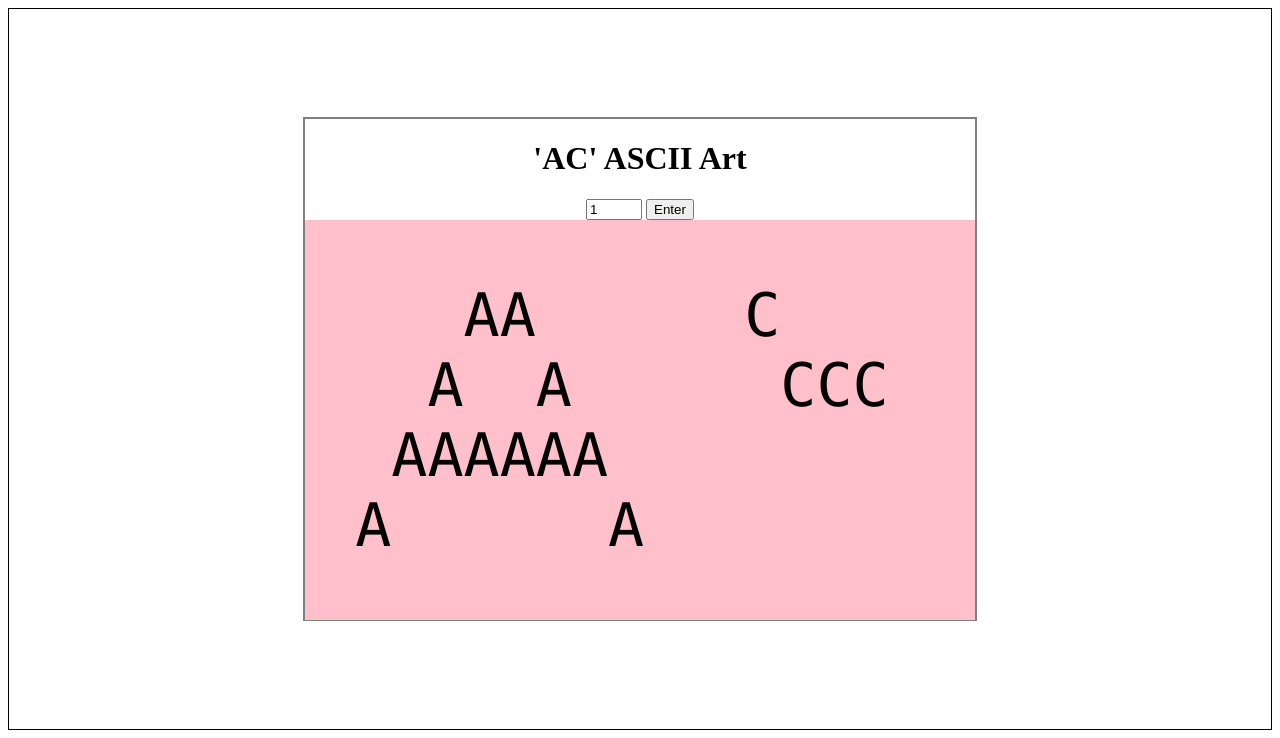
Repository: Achorn/ascii-art
Page: index.html
These files come from the project's save history. The page is drawn as it stood at one moment and after the next save; the edit follows.
The browser window is 1280 px wide. The pictures show the whole page.

Above is the page before, as saved 2021-08-09 20:21:57.

### index.html
<!DOCTYPE html>
<html lang="en">
  <head>
    <link rel="stylesheet" href="styles.css" />
    <meta charset="UTF-8" />
    <meta http-equiv="X-UA-Compatible" content="IE=edge" />
    <meta name="viewport" content="width=device-width, initial-scale=1.0" />
    <title>Document</title>
  </head>
  <body>
    <form>
      <h1>'AC' ASCII Art</h1>
      <input type="number" min="1" value="1" max="10" />
      <button>Enter</button>
      <div id="ascii-container">
        <div id="a-container">
          <p id="mono-a" style="font-family: 'Lucida Console', monospace"></p>
        </div>
        <div id="c-container">
          <p id="mono-c" style="font-family: 'Lucida Console', monospace"></p>
        </div>
      </div>
    </form>
    <script type="text/javascript" src="myscripts.js"></script>
  </body>
</html>

### styles.css
body {
  border: 1px solid black;
  display: flex;
  flex-direction: column;
  justify-content: center;
  align-items: center;
  height: 100vh;
}

form {
  border: 2px solid grey;
  height: 500px;
  /* width: 400px; */
  text-align: center;
}

#ascii-container {
  display: flex;
}

#a-container {
  background-color: pink;
}
#c-container {
  background-color: pink;
}
#mono-a {
  /* font-size: 25.5vw; */
  padding: 0px 50px 0px 50px;
  white-space: pre;
}
#mono-c {
  padding: 0px 50px 0px 50px;
  white-space: pre;
}

### myscripts.js
let oneA = ["A"];
let oneC = ["C"];
let twoA = [
  [" ", "A", " "],
  ["A", " ", "A"],
];
let twoC = [["C"], ["C"]];

let threeA = [
  [" ", " ", "A", " ", " "],
  [" ", "A", "A", "A", " "],
  ["A", " ", " ", " ", "A"],
];
let threeC = [
  [" ", "C", "C", "C"],
  ["C", " ", " ", " "],
  [" ", "C", "C", "C"],
];

let fourA = [
  [" ", " ", " ", "A"],
  [" ", " ", "A", " "],
  [" ", "A", "A", "A"],
  ["A", " ", " ", " "],
];
let fourC = [
  ["C", " ", " ", " ", " "],
  [" ", "C", "C", "C", " "],
];

let eight = [
  [" ", " ", " ", " ", " ", " ", " ", "A"],
  [" ", " ", " ", " ", " ", " ", "A", "A"],
  [" ", " ", " ", " ", " ", "A", "A", " "],
  [" ", " ", " ", " ", "A", "A", "A", "A"],
  [" ", " ", " ", "A", "A", "A", "A", "A"],
  [" ", " ", "A", "A", " ", " ", " ", " "],
  [" ", "A", "A", " ", " ", " ", " ", " "],
  ["A", "A", " ", " ", " ", " ", " ", " "],
];

function scaleSpread(array, factor) {
  const scaled = [];

  for (const row of array) {
    let x = [];

    for (const item of row) x.push(...Array(factor).fill(item));

    scaled.push(...Array(factor).fill(x));
  }

  return scaled;
}

function arrToString(arr) {
  let string = "";
  for (let i = 0; i < arr.length; i++) {
    string += arr[i].join("") + "<br>";
  }
  return string;
}

function halfArrToString(arr) {
  let string = "";
  for (let i = 0; i < arr.length; i++) {
    string += arr[i].join("");
    let rev = arr[i].slice();
    string += rev.reverse().join("");
    string += "<br>";
  }
  return string;
}
function trimA(arr, lWidth) {
  for (i = 0; i < arr.length; i++) {
    let disp = lWidth - (i % lWidth) - 1;
    let newArr = arr[i].slice();
    for (let j = 0; j < disp; j++) {
      newArr.pop();
      newArr.unshift(" ");
    }
    arr[i] = newArr;
  }
}
//GET ELEMENTS
let monoA = document.getElementById("mono-a");
let monoC = document.getElementById("mono-c");

//SCALE AND RESIZE
let scale = 1;
let scaledFour = scaleSpread(fourA, scale);
trimA(scaledFour, scale);
let scaledEight = scaleSpread(eight, 5);

//ADD TO HTML
// mono.innerHTML = halfArrToString(scaleSpread(four, 7));
monoA.style.fontSize = `${60 / scale}px`;
monoC.style.fontSize = `${60 / scale}px`;

// monoC.style.fontSize = `${4 / scale}em`;
monoA.innerHTML = halfArrToString(scaledFour);
monoC.innerHTML = arrToString(fourC);
// mono.innerHTML += arrToString(scaleSpread(eight, 1));

After the next save:
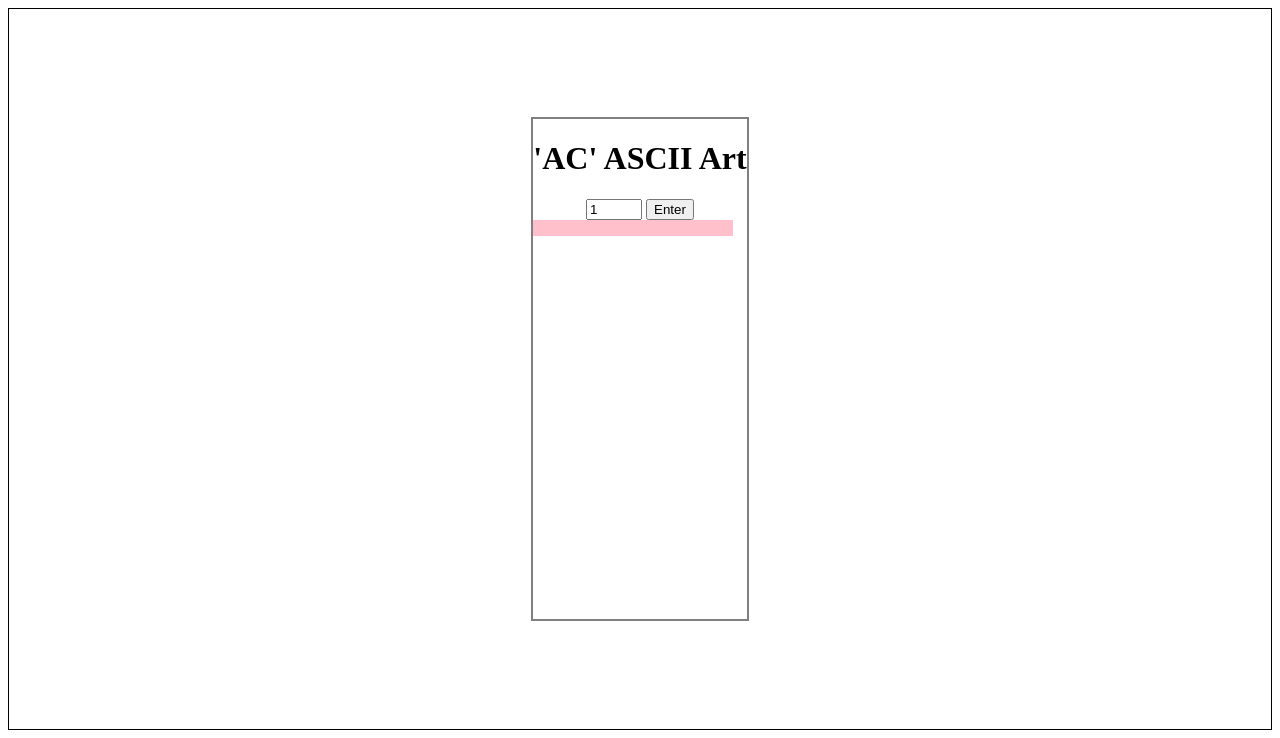
Console error: ReferenceError: scaledSpread is not defined
Saved 60 s later.
--- a/myscripts.js
+++ b/myscripts.js
@@ -87,10 +87,14 @@ let monoA = document.getElementById("mono-a");
 let monoC = document.getElementById("mono-c");
 
 //SCALE AND RESIZE
+//A
 let scale = 1;
 let scaledFour = scaleSpread(fourA, scale);
 trimA(scaledFour, scale);
 let scaledEight = scaleSpread(eight, 5);
+
+//C
+let scaledC = scaledSpread(fourC, scale);
 
 //ADD TO HTML
 // mono.innerHTML = halfArrToString(scaleSpread(four, 7));

After the save that followed:
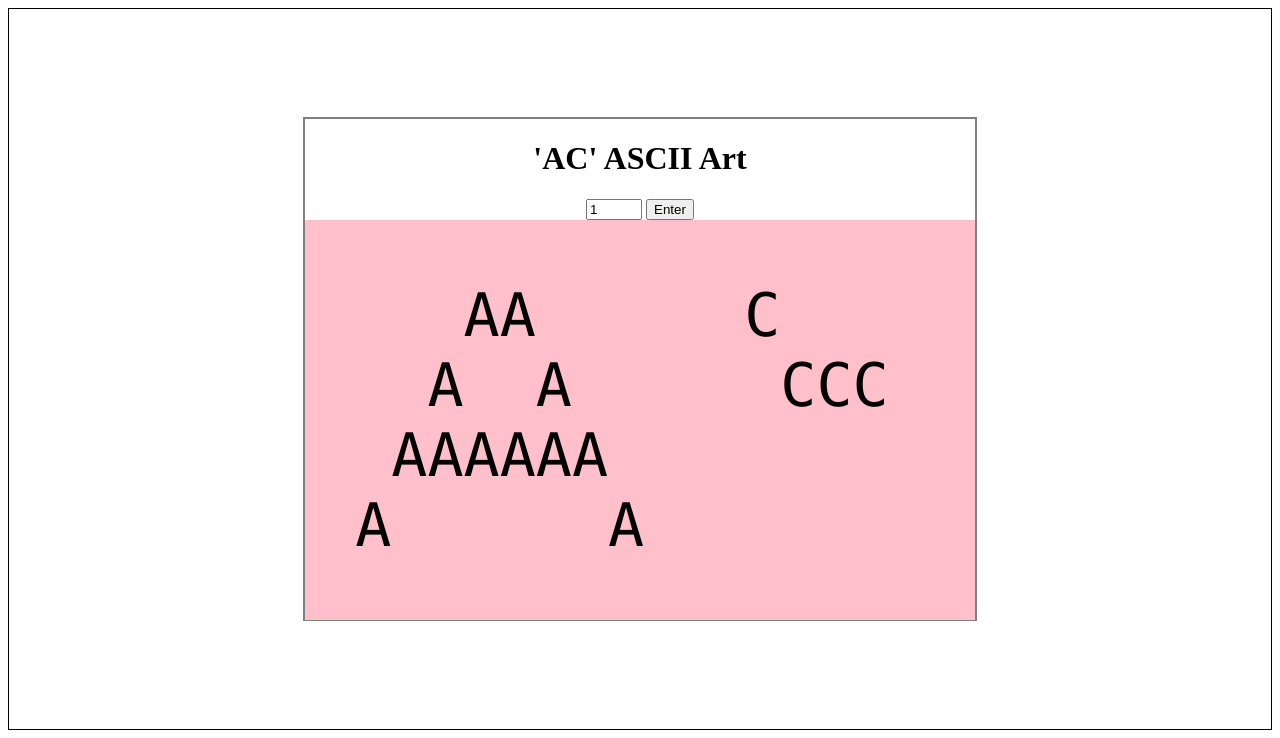
The error is gone.
Saved 17 s later.
--- a/myscripts.js
+++ b/myscripts.js
@@ -94,7 +94,7 @@ trimA(scaledFour, scale);
 let scaledEight = scaleSpread(eight, 5);
 
 //C
-let scaledC = scaledSpread(fourC, scale);
+let scaledC = scaleSpread(fourC, scale);
 
 //ADD TO HTML
 // mono.innerHTML = halfArrToString(scaleSpread(four, 7));
